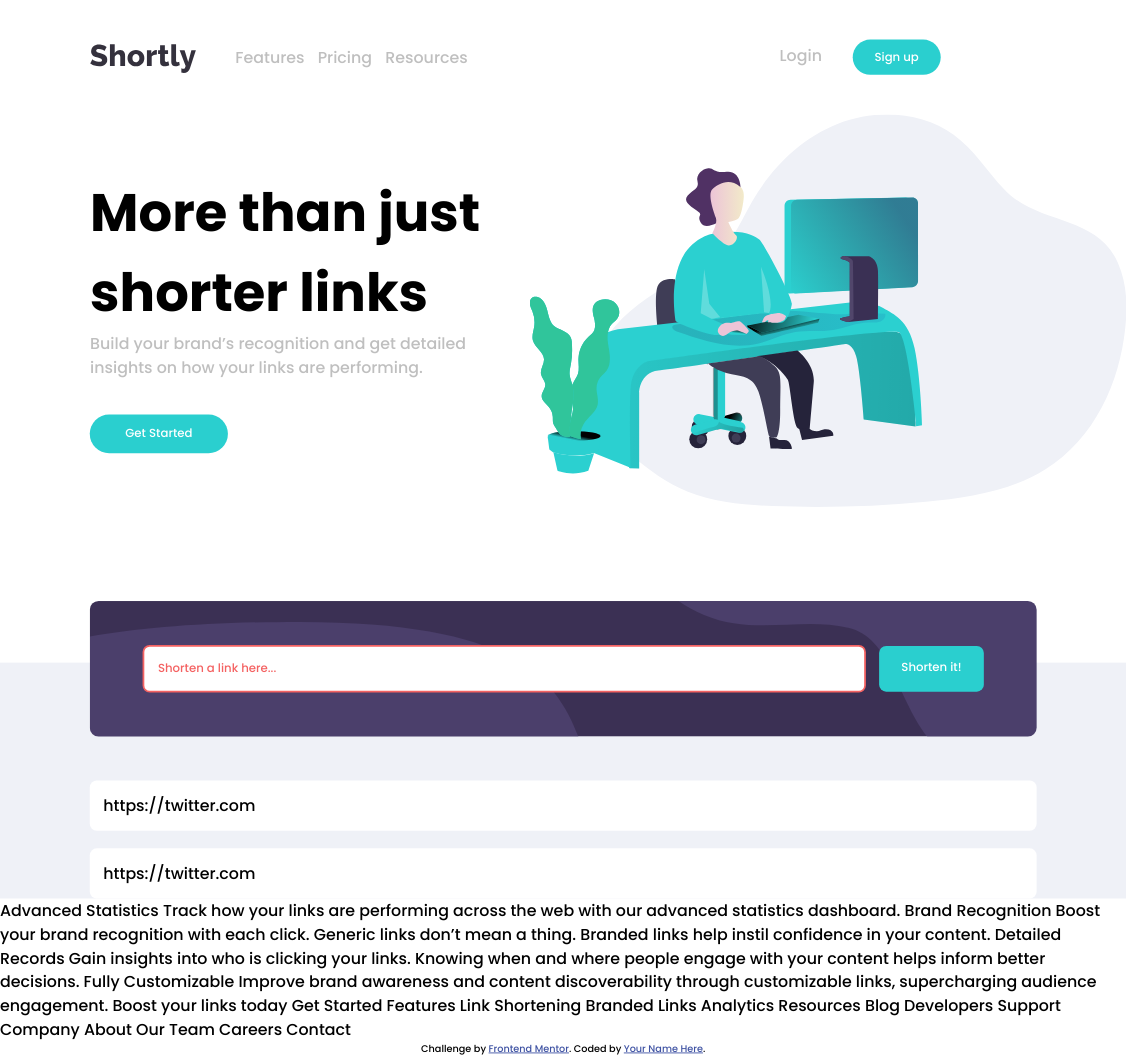
Repository: mamulini/URL-shortener
Page: index.html
The author's editor kept a copy of each file at every save. The page is drawn from the files as they stood at one save, then again after the next save.
The browser window is 1280 px wide. The pictures show the whole page, at 88% of full size.
The style sheet was rebuilt from its Sass, Less or Tailwind sources for each picture, by a compiler version that may differ from the author's.

Above is the page before, as saved 2020-04-11 22:23:32.

### index.html
<!DOCTYPE html>
<html lang="en">
<head>
  <meta charset="UTF-8">
  <meta name="viewport" content="width=device-width, initial-scale=1.0"> <!-- displays site properly based on user's device -->

  <link rel="icon" type="image/png" sizes="32x32" href="./images/favicon-32x32.png">
  <link rel="stylesheet" href="./sass/main.css">

  <title>Frontend Mentor | Shortly URL shortening API Challenge</title>

  <!-- Feel free to remove these styles or customise in your own stylesheet 👍 -->

</head>
<body>
  <header class="header container">
    <a href="/" class="header__logo"><img src="./images/logo.svg" alt="logo">
    </a>
    <nav class="nav">
      <ul class="nav__menu">
        <li class="nav__item"><a class="nav__link" href="#">Features</a></li>
        <li class="nav__item"><a class="nav__link" href="#">Pricing</a></li>
        <li class="nav__item"><a class="nav__link" href="#">Resources</a></li>
      </ul>
    </nav>
    <div class="user">
      <a class="user__login" href="#" >Login</a>
      <button class="user__sign-up btn--blue" type="button">Sign up</button>
    </div>

  </header>
  <main class="main">
    <div class="intro">
      <div class="intro__description">
        <h1 class="intro__title">More than just shorter links</h1>
        <p class="intro__subtitle">Build your brand’s recognition and get detailed <br> insights
          on how your links are performing.</p>
        <button class="intro__btn btn--blue">Get Started</button>

      </div>
      <div class="intro__img">
        <img src="./images/illustration-working.svg" alt="image">
      </div>
    </div>
    <div class="shorten ">
      <div class="shorten__handler container">
        <form class="shorten__form">
          <input class="shorten__input" type="text" value="" placeholder="Shorten a link here...">
          <button class="shorten__btn btn--blue" type="button">Shorten it!</button>
        </form>
      </div>
      <div class="shorten__link container">
        https://twitter.com
      </div>
      <div class="shorten__link container">
        https://twitter.com
      </div>
    </div>
  </main>












  Advanced Statistics

  Track how your links are performing across the web with our
  advanced statistics dashboard.

  Brand Recognition

  Boost your brand recognition with each click. Generic links don’t
  mean a thing. Branded links help instil confidence in your content.

  Detailed Records

  Gain insights into who is clicking your links. Knowing when and where
  people engage with your content helps inform better decisions.

  Fully Customizable

  Improve brand awareness and content discoverability through customizable
  links, supercharging audience engagement.

  Boost your links today

  Get Started

  Features

  Link Shortening
  Branded Links
  Analytics

  Resources

  Blog
  Developers
  Support

  Company

  About
  Our Team
  Careers
  Contact

  <div class="attribution">
    Challenge by <a href="https://www.frontendmentor.io?ref=challenge" target="_blank">Frontend Mentor</a>.
    Coded by <a href="#">Your Name Here</a>.
  </div>
</body>
</html>

### sass/main.scss
@import url('https://fonts.googleapis.com/css2?family=Poppins:wght@500;700&display=swap');

// colors
$text_gray: hsl(0, 0%, 75%);
$cyan_btn:  hsl(180, 66%, 49%);
$dark_violet : hsl(257, 27%, 26%);
$red : hsl(0, 87%, 67%);

* {
    padding: 0;
    margin: 0;
    box-sizing: border-box;
}

body{
    font-size: 18px;
    font-family: 'poppins', sans-serif;
    font-weight: 500;

}

img {
    max-width: 100%;
}

.container {
    max-width: 84%;
    margin: 0 auto;
}

.header {
    margin-top: 40px;
    margin-bottom: 40px;
    display: flex;
    justify-content: flex-start;
    align-items: center;
    &__logo{
        flex: 0 0 25%;
        max-width: 150px;
        margin-top: 10px;
    }
}

.nav{
    flex: 0 0 25%;
    &__menu{
        display: flex;
        justify-content: space-between;
        list-style: none;

    }

    &__item{
        margin-left: 15px;
    }

    &__link{
        text-decoration: none;
        color: $text_gray;
        &:hover{
            color: #000000;
        }
    }
}

.user{
    flex: 0 0 50%;
    text-align: right;

    &__login{
        color: $text_gray;
        margin-right: 30px;
        text-decoration: none;
        &:hover{
            color: #000000;
        }
    }
}

.btn--blue{
    padding: 10px 25px;
    border: none;
    cursor: pointer;
    display: inline-block;
    border-radius: 50px;
    background: $cyan_btn;
    outline: none;
    color: #ffffff;
    font-family: 'poppins', sans-serif;
    font-weight: 500;

    &:hover{
        opacity: .5;
    }

    &:active{
        transform: scale(0.90);
    }
}

.intro{
    display: flex;
    justify-content: space-between;

    &__description{
        display: flex;
        flex-direction: column;
        justify-content: center;
        align-items: flex-start;
        max-width: 500px;
        margin-left: 8%;
    }

    &__title {
        font-size: 60px;
    }

    &__subtitle {
        text-align-last: left;
        color: $text_gray;
    }

    &__btn{
        margin-top: 40px;
        padding: 12px 40px;
    }
}

.shorten{
    background: #eff1f7;
    margin-top: 170px;

    &__handler{
        background-image: url('../images/bg-shorten-desktop.svg');
        background-position: center;
        background-size: cover;
        background-color: $dark_violet;
        border-radius: 10px;
        position: relative;
        top: -70px;
        margin-bottom: -40px;
    }

    &__form{
        display: flex;
        justify-content: space-between;
        align-items: center;
        padding: 50px 60px;
    }

    &__input{
        flex: 1;
        padding: 15px;
        border-radius: 8px;
        margin-right: 15px;
        font-family:'poppins', sans-serif;
        border: 2px solid $red;
        outline: none;
         &::placeholder{
            color: $red;
         }
    }

    &__btn{
        border-radius: 8px;
        padding-top: 15px;
        padding-bottom: 17px;
    }

    &__link{
        background: #ffffff;
        padding: 15px;
        margin-top: 20px;
        border-radius: 8px;
    }
}

.attribution { font-size: 11px; text-align: center; }
.attribution a { color: hsl(228, 45%, 44%); }

After the next save:
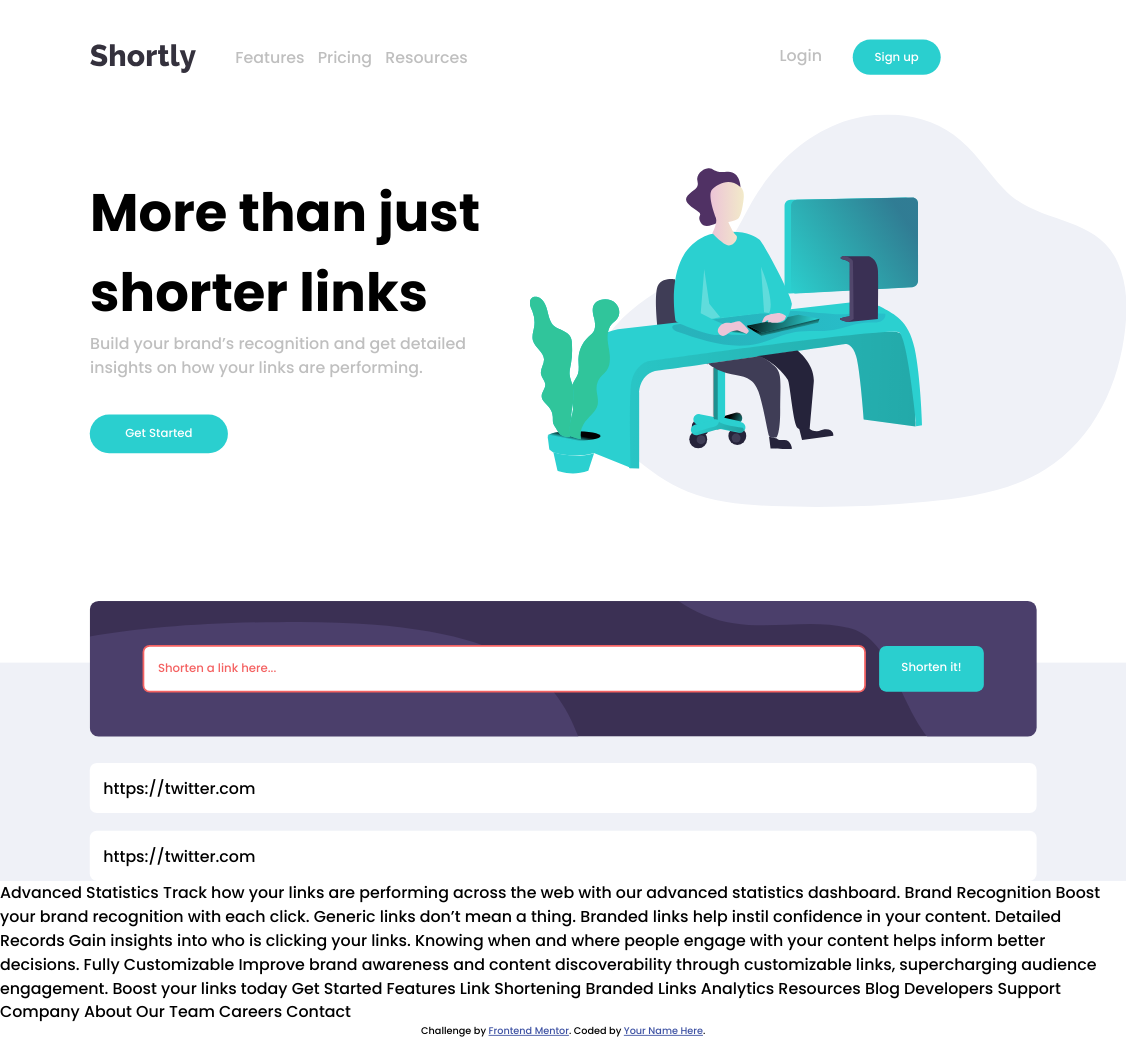
Saved 12 s later.
--- a/sass/main.scss
+++ b/sass/main.scss
@@ -138,7 +138,7 @@ img {
         border-radius: 10px;
         position: relative;
         top: -70px;
-        margin-bottom: -40px;
+        margin-bottom: -60px;
     }
 
     &__form{
